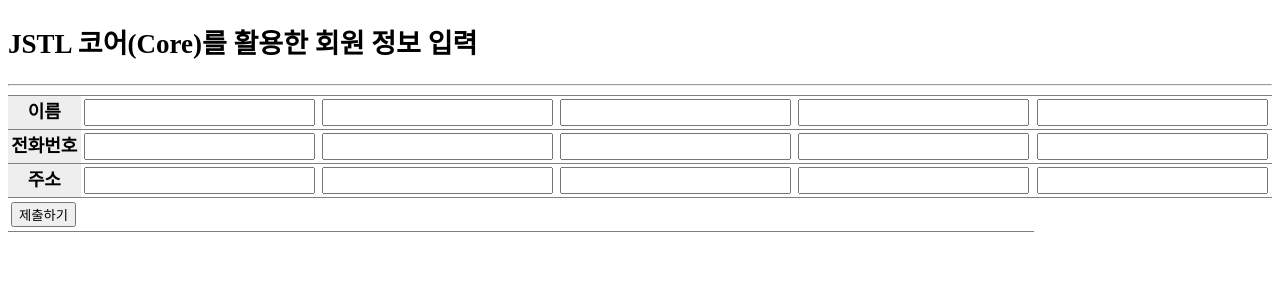
Repository: onpul/Web
Page: http://localhost/WebApp22/MemberInsertForm.jsp
These files come from the project's save history. The page is drawn as it stood at one moment and after the next save; the edit follows.
The browser window is 1280 px wide. The pictures show the whole page.
The page is served by Tomcat 9.

Above is the page before, as saved 2022-04-29 08:33:41.

After the next save:
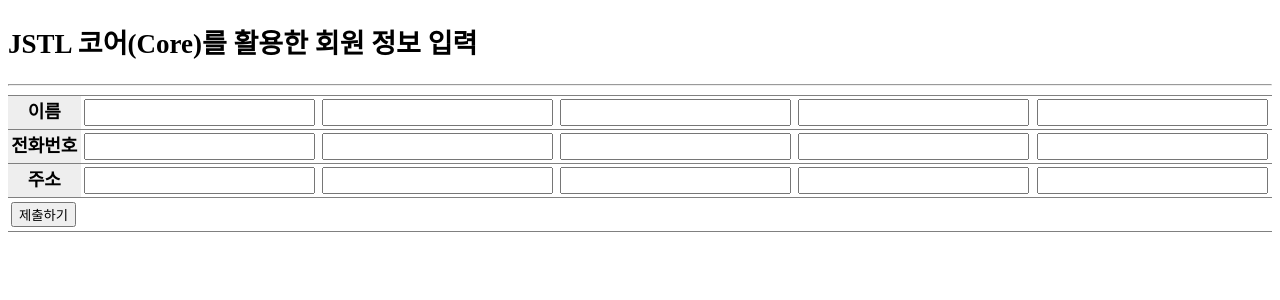
Saved 14 s later.
--- a/WebApp22/WebContent/MemberInsertForm.jsp
+++ b/WebApp22/WebContent/MemberInsertForm.jsp
@@ -42,7 +42,7 @@
 				</c:forEach>
 			</tr>
 			<tr>
-				<td colspan="5"><button type="submit">제출하기</button></td>
+				<td colspan="6"><button type="submit">제출하기</button></td>
 			</tr>
 		</table>
 	</form>
